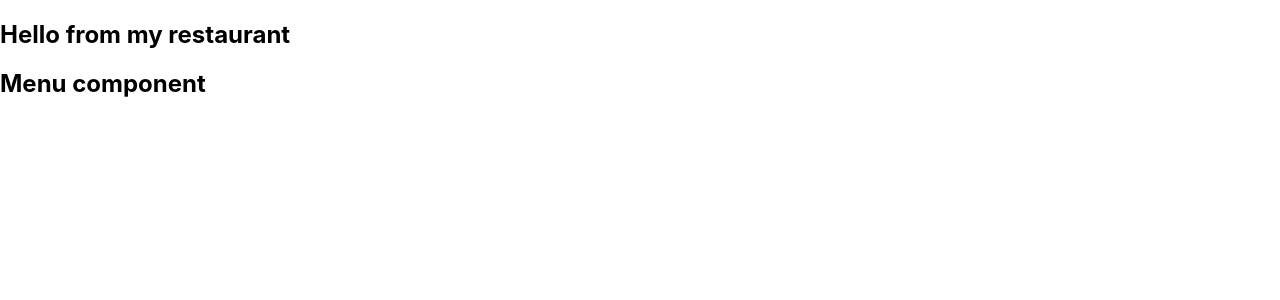
Repository: FS-23/my-restaurant
Page: /
The author's editor kept a copy of each file at every save. The page is drawn from the files as they stood at one save, then again after the next save.
The browser window is 1280 px wide. The pictures show the whole page.
The project was rebuilt for these pictures with package versions that can differ from the ones it lists, and the page was loaded fresh each time.

Above is the page before, as saved 2022-04-29 13:26:34.

After the next save:
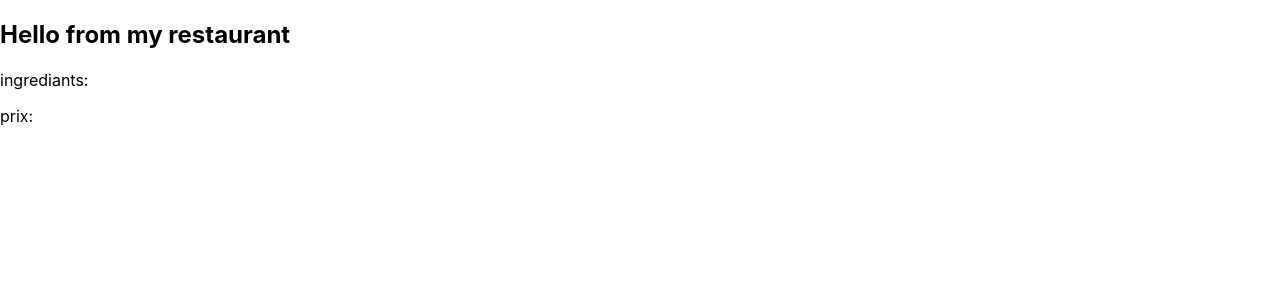
Saved 33 s later.
--- a/src/components/Menu.js
+++ b/src/components/Menu.js
@@ -1,6 +1,9 @@
+import Plat from "./Plat"
 function Menu(){
     return (
-        <h2>Menu component</h2>
+        <div>
+            < Plat />
+        </div>
     )
 }
 
